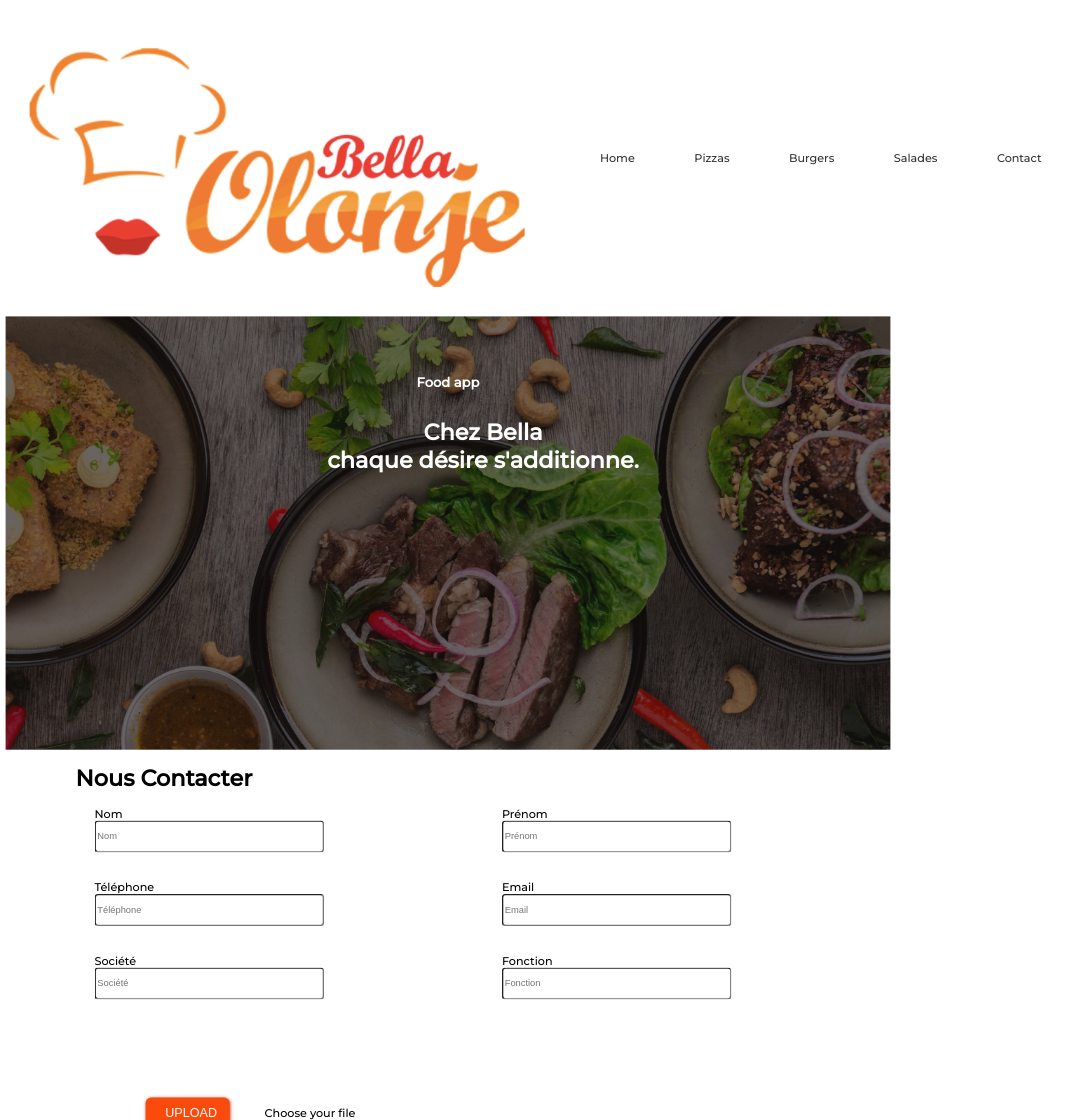
Repository: Ahlam-belhadj/bella-olange
Page: index3.html
The author's editor kept a copy of each file at every save. The page is drawn from the files as they stood at one save, then again after a run of saves.
The browser window is 1280 px wide. The page is 1543 px wide, then 1312 px, so the pictures cover 1543 px, including what lies to the right of the window. The pictures show the part of the page from y = 0 to 1600 px (the page is 2792 px tall before and 2615 px after), at 70% of full size.

Above is the page before, as saved 2023-02-14 19:15:49.

### index3.html
<!DOCTYPE html>
<html lang="en">

<head>
    <meta charset="UTF-8">
    <meta http-equiv="X-UA-Compatible" content="IE=edge">
    <meta name="viewport" content="width=device-width, initial-scale=1.0">
    <link rel="stylesheet" href="style3.css">
    <script src="https://www.google.com/recaptcha/api.js" async defer></script>
    <title>Bella olanje</title>
</head>

<body>
    <header>

        <nav>
            <ul class="nav-bar">
                <div class="logo"><a href='#'><img src="image/logo_bella_olonje.png" alt="jsp"></a></div>
                <input type="checkbox" id="check" />
                <span class="menu">
                    <li><a href="index.html" class="nav-link">Home</a></li>
                    <li><a href="#pizza" class="nav-link">Pizzas</a></li>
                    <li><a href="#burger" class="nav-link">Burgers</a></li>
                    <li><a href="#salades" class="nav-link">Salades</a></li>
                    <li><a href="index3.html" class="nav-link">Contact</a></li>
                    <label for="check" class="close-menu"><i class="fas fa-times"></i></label>
                </span>
                <label for="check" class="open-menu"><i class="fas fa-bars"></i></label>
            </ul>
        </nav>
        <div class="title">
            <div class="texte">
                <h3>Food app</h3>
                <h1>Chez Bella <br>
                    chaque désire s'additionne.</h1>
            </div>
        </div>
    </header>
    <main>
    <div class="information">
        <form>
            <h1>Nous Contacter</h1>
            <div class="commande">
                <div class="info1">
                    <div class="label">
                        <label>Nom</label>
                        <br>
                        <input type="text" placeholder="Nom">
                    </div>
                    <div class="label">
                        <label>Prénom</label>
                        <br>
                        <input type="text" placeholder="Prénom">
                    </div>
                </div>
                <div class="info2">
                    <div class="label">
                        <label>Téléphone</label>
                        <br>
                        <input type="text" placeholder="Téléphone">
                    </div>
                    <div class="label">
                        <label>Email</label>
                        <br>
                        <input type="email" placeholder="Email">
                    </div>
                </div>
                <div class="info1">
                    <div class="label">
                        <label>Société</label>
                        <br>
                        <input type="text" placeholder="Société">
                    </div>
                    <div class="label">
                        <label>Fonction</label>
                        <br>
                        <input type="email" placeholder="Fonction">
                    </div>
                </div>

            </div>
        </form>
    </div>


    <div class="chose">
        <div class="div_button">
            <button class="button1" type="button">UPLOAD</button>
            <p>Choose your file</p>
        </div>
    </div>

    <div>
        <div class="g-recaptcha toto" data-sitekey="6Lff4ygkAAAAABA1RWNuq8ewgkRZaDD-yAWqFs1t"></div>
    </div>

    <div class="grp_choose">
        <div class="choose_message">
            <div class="label_choose">
                <label>Objet</label><br>
                <input type="text" placeholder="Objet">
            </div>
            <div class="label_message">
                <label>Message</label><br>
                <textarea placeholder="Message"></textarea>
            </div>
        </div>
    </div>


    <div class="maps">
        <iframe
            src="https://www.google.com/maps/embed?pb=!1m18!1m12!1m3!1d6464.54830951471!2d2.4294808287259815!3d48.785241545980085!2m3!1f0!2f0!3f0!3m2!1i1024!2i768!4f13.1!3m3!1m2!1s0x47e67344bd2d57f1%3A0x2a84a845271b523a!2sAFPA!5e0!3m2!1sfr!2sfr!4v1674668360985!5m2!1sfr!2sfr"
            width="600" height="450" style="border:0;" allowfullscreen="" loading="lazy"
            referrerpolicy="no-referrer-when-downgrade"></iframe>
    </div>


    <div class="button1">
        <button class="button">Envoyer</button>
    </div>
</main>
</body>

</html>

### style3.css
@import url('https://fonts.googleapis.com/css2?family=Montserrat:wght@100;200;500&display=swap');

body {
    font-family: Montserrat, sans-serif;
}
main {
    overflow-x: hidden;
  }

.logo{
    width: 80%;
}
  .nav-bar {
      width: 100%;
      display: flex;
      justify-content: space-between;
      align-items: center;
      list-style: none;
      position: relative;
      background-color: #FFF;
      padding: 12px 20px;
  }

  .menu {
      display: flex;
  }

  .menu li {
      padding-left: 30px;
      padding-right: 55px;
  }

  .menu li a {
      display: inline-block;
      text-decoration: none;
      color: #333;
      text-align: center;
      position: relative;
  }

  .menu li a:hover {
      color: #FA4A0C;
  }

  .open-menu {
      position: absolute;
      color: #FA4A0C;
      cursor: pointer;
      font-size: 1.5rem;
      display: none;
  }

  .close-menu {
      position: absolute;
      color: #333;
      cursor: pointer;
      font-size: 1.5rem;
      display: none;
      padding: 10px;
  }

  .open-menu {
      top: 50%;
      right: 20px;
      transform: translateY(-50%);
  }

  .close-menu {
      top: 20px;
      right: 20px;
  }

  #check {
      display: none;
  }

  @media(max-width: 920px) {
      .menu {
          flex-direction: column;
          align-items: center;
          width: 60%;
          height: 100vh;
          position: fixed;
          top: 0;
          right: -100%;
          z-index: 100;
          background-color: rgb(255, 88, 70);
          transition: all 0.2s ease-in-out;
          padding-top: 100px;
      }

      .menu li {
          margin-top: 40px;
      }

      .menu li a {
          padding: 10px;
          color: #FFF;
      }

      .open-menu {
          display: block;
          padding-right: 25px;
          padding-top: 13px;
      }

      .close-menu {
          display: block;
          color: #FFF;
          padding-right: 25px;
          padding-top: 22px;
      }

      #check:checked~.menu {
          right: 0;
      }

      .menu li a:hover {
          color: #333;
      }

      .nav-link {
          font-family: Montserrat;
          letter-spacing: .8px;
      }
  }


/* .toto {
    width: 50%;
    border: #B73227 1px;
} */




.title {
    background-image: url(image/Rectangle\ 48.png);
    height: 619px;
    background-repeat: no-repeat;
    background-position: center;
    background-size: cover;



}

.texte {
    color: white;
    display: flex;
    align-items: center;
    justify-content: center;
    flex-direction: column;
    text-align: center;
    height: 50%;
}

/* header */

h1 {
    padding-left: 100px;
}


h2 {
    text-align: center;
    padding-bottom: 20px;
}

.info1 {
    display: flex;
    justify-content: space-around;
    padding-right: 100px;
}

.info2 {
    display: flex;
    justify-content: space-around;
    padding-right: 100px;
}

input {
    width: 320px;
    height: 40px;
    border-radius: 5px;
    margin-bottom: 40px;

}


.maps {
    display: flex;

    padding-left: 200px;
}

iframe {
    width: 941px;
    height: 500px;
    left: 100px;
    top: 1875px;

}


/* button */
button {
    border: 0;
    line-height: 2.5;
    width: 120px;
    padding: 0 18px;
    font-size: 18px;
    text-align: center;
    color: #fff;
    border-radius: 20px;
    background-color: #FA4A0C;
    box-shadow: 1px 1px 5px #B73227;


}

.button1 {
    display: flex;
    justify-content: end;
    margin: 50px 0px 35px 100px;
    border-radius: 8px;
}

p {
    margin-top: 63px;
    margin-left: 50px;
}

.btn {
    display: flex;
}


.div_button {
    padding: 50px 0px 35px 100px;
    display: flex;
}

/* button */


.chose {
    display: flex;
}

.grp_choose {
    padding-left: 200px;
}

.label_choose input {
    width: 938px;
    height: 35px;
    margin-bottom: 20px;
    margin-top: 10px;
    padding: 5px 12px;
    color: grey;
    border-radius: 5px;
    border-color: gray;
}

.label_message {
    padding-top: 25px;
}

textarea {
    width: 938px;
    height: 141px;
    margin-bottom: 20px;
    color: grey;
    border-color: gray;
    margin-top: 12px;
    padding: 10px 10px 80px;
    outline: none;
    border-radius: 5px;
    resize: none;
}

.g-recaptcha {
    padding-left: 200px;
    margin-bottom: 60px;
}

@media (max-width:650px) {
    .info1 {
        display: flex;
        flex-direction: column;
        padding-left: 15%;
    }

    .info2 {
        display: flex;
        flex-direction: column;
        padding-left: 15%;
    }

    .chose {

        padding-left: 20%;
    }

    .div_button {
        padding: 0px;
    }

    .g-recaptcha {
        margin-top: 40px;
        padding-left: 10%;
    }

    .grp_choose {
        /* padding-left: 0px; */
        padding-left: 15%;
    }

    .label_choose input {
        width: 300px;
    }

    textarea {
        width: 300px;
    }

    .maps {
        padding-left: 0px;
    }

    iframe {
        width: 400px;
        height: 200px;
        top: 1875px;
        padding-left: 10%;

    }

    .button1 {

        justify-content: center;
        margin: 50px 0px 0px 0px;

    }
}

@media screen and (min-width:651px) and (max-width:1199px) {
    .information {
        display: flex;
        justify-content: center;
    }

    .info1 {
        display: flex;
        flex-direction: column;
        padding-left: 20%;
    }

    .info2 {
        display: flex;
        flex-direction: column;
        padding-left: 20%;
    }

    .chose {

        padding-left: 35%;
    }

    .div_button {
        padding: 0px;
    }

    .g-recaptcha {
        margin-top: 40px;
        padding-left: 30%;
    }

    .grp_choose {

        display: flex;
        justify-content: center;

        padding-left: 20%;
    }

    .label_choose input {

        width: 550px;

    }

    textarea {
        width: 550px;
    }

    .maps {
        padding-left: 180px;
    }

    iframe {
        width: 700px;
        height: 400px;
        top: 1875px;


    }

    .button1 {

        justify-content: center;
        margin: 50px 0px 0px 0px;

    }

    h1 {
        text-align: center;
    }

    input {
        width: 550px;
    }


}

After the next 2 saves:
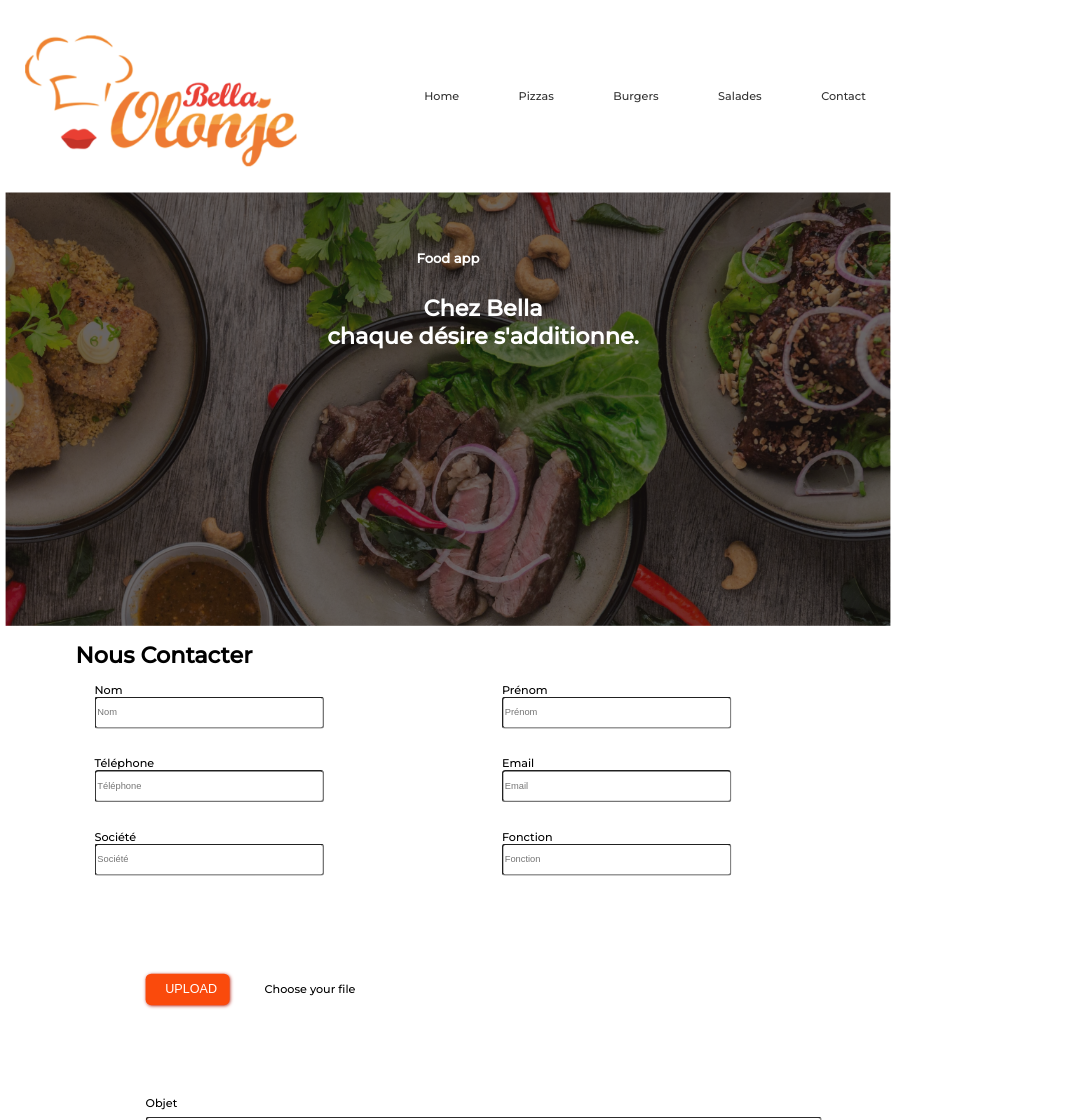
The 2 saves are shown as one change because they came seconds apart.
The last was saved 50 s later.
--- a/style3.css
+++ b/style3.css
@@ -7,7 +7,7 @@ main {
     overflow-x: hidden;
   }
 
-.logo{
+.logo img{
     width: 80%;
 }
   .nav-bar {
